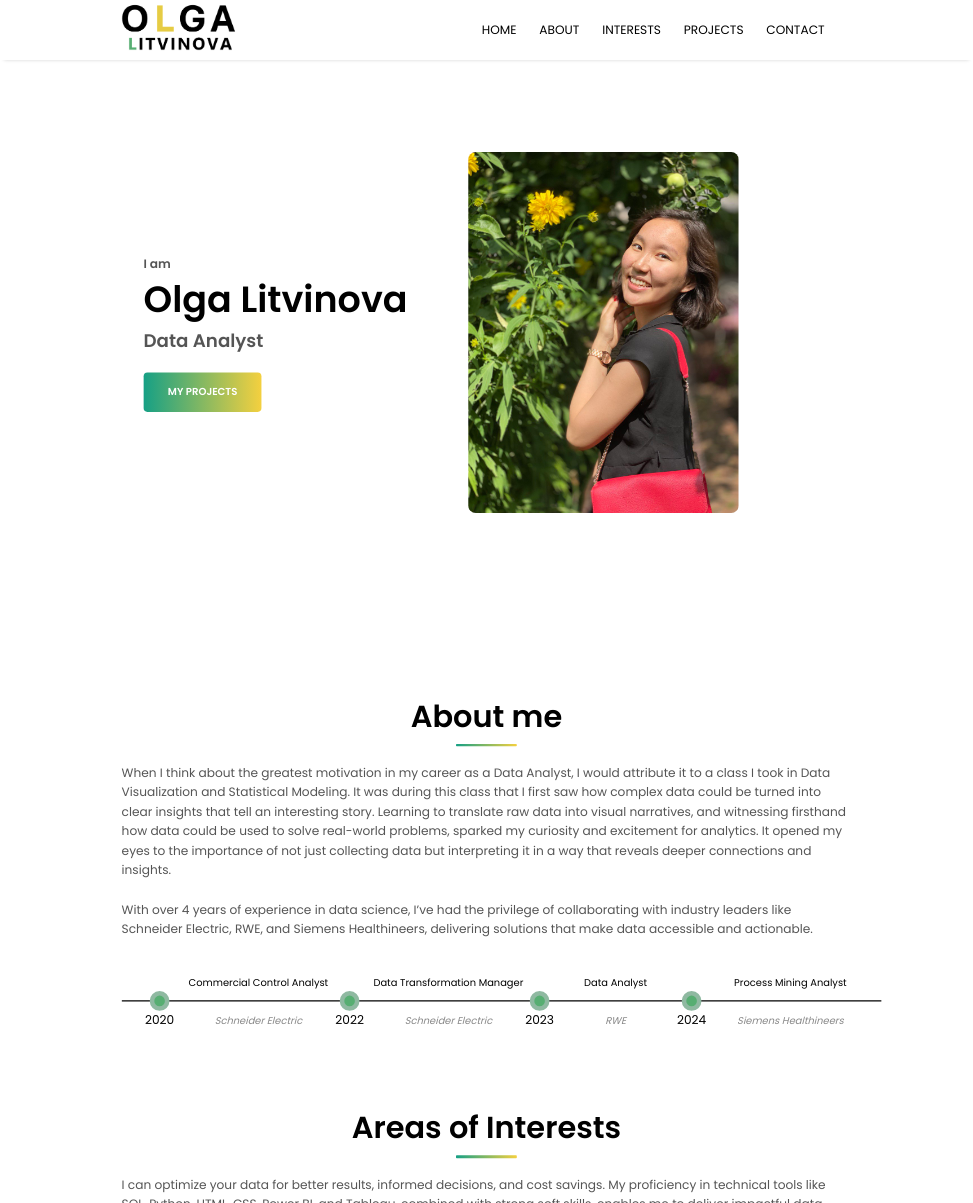
Repository: OlgaKuzminichna/CV
Page: index.html
The author's editor kept a copy of each file at every save. The page is drawn from the files as they stood at one save, then again after the next save.
The browser window is 1280 px wide. The pictures show the part of the page from y = 0 to 1583 px (the page is 4176 px tall before and 4124 px after), at 76% of full size.
A picture or video elsewhere on the page could not be fetched, so the positions and the page height are approximate.

Above is the page before, as saved 2024-11-24 22:07:56.

### index.html
<!DOCTYPE html>
<html lang="en">
<head>
    <meta charset="UTF-8">
    <meta name="viewport" content="width=device-width, initial-scale=1.0">
    <title>Olga Litvinova | Data Analyst</title>
    <link rel="stylesheet" href="style.css">
    <link rel="icon" href="./images/logo2.png" type="image/x-icon">
    <script type="text/javascript" src="https://cdn.jsdelivr.net/npm/@emailjs/browser@3/dist/email.min.js"></script>
</head>
<body>
    <header>
        <nav id="navigation">
            <div class="site-header">
                <div class="site-logo">
                    <img src="./images/logo.png" alt="Olga Litvinova">
                </div>
                <ul class="link-list">
                    <li><a href="#home">HOME</a></li>
                    <li><a href="#about">ABOUT</a></li>
                    <li><a href="#skills">INTERESTS</a></li>
                    <li><a href="#projects">PROJECTS</a></li>
                    <li><a href="#contact">CONTACT</a></li>
                    <!-- <li><a href="#resume">RESUME</a></li> -->
                </ul>
            </div>
        </nav>
        <nav id="responsive-nav">
            <div class="site-header">
                <div class="site-logo">
                    <img src="./images/logo.png" alt="Olga Litvinova">
                </div>
                <div class="hamburger-menu">
                    <div class="icon-toggle" onclick="toggleMenu()">
                        <span></span>
                        <span></span>
                        <span></span>
                    </div>
                    <div class="dropdown-links">
                        <li><a href="#home" onclick="toggleMenu()">HOME</a></li>
                        <li><a href="#about" onclick="toggleMenu()">ABOUT</a></li>
                        <li><a href="#skills" onclick="toggleMenu()">INTERESTS</a></li>
                        <li><a href="#projects" onclick="toggleMenu()">PROJECTS</a></li>
                        <li><a href="#contact" onclick="toggleMenu()">CONTACT</a></li>
                        <!-- <li><a href="#resume" onclick="toggleMenu()">RESUME</a></li> -->
                    </div>
                </div>
            </div>
        </nav>
    </header>

    <main>
        <section id="home">
            <div class="intro-left">
                <p class="intro-text2">I am</p>
                <h1 class="primary-title">Olga Litvinova</h1>
                <p class="intro-role">Data Analyst </p>
                <div class="button-group">
                    <button class="main-btn" onclick="location.href='./index.html#projects'">
                        MY PROJECTS
                    </button>
                </div>
            </div>
            <div class="intro-right">
                <img src="./images/Litvinova.jpg" alt="Olga Litvinova Picture" />
            </div>
        </section>
        <section id="about">
            <h1 class="secondary-title">About me</h1>
            <div class="description-container">
                <p>
                    When I think about the greatest motivation in my career as a Data Analyst, I would attribute it to a class I took in Data Visualization and Statistical Modeling. It was during this class that I first saw how complex data could be turned into clear insights that tell an interesting story. Learning to translate raw data into visual narratives, and witnessing firsthand how data could be used to solve real-world problems, sparked my curiosity and excitement for analytics. It opened my eyes to the importance of not just collecting data but interpreting it in a way that reveals deeper connections and insights.
                </p>
                <p>
                    <br>
                    With over 4 years of experience in data science, I’ve had the privilege of collaborating with industry leaders like Schneider Electric, RWE, and Siemens Healthineers, delivering solutions that make data accessible and actionable.
                </p>

            </div>

            <div class="timeline">
                <svg width="1000" height="100">
                    <!-- Line -->
                    <line x1="0" y1="50" x2="1000" y2="50" style="stroke:black; stroke-width:1.5"></line>
                    <!-- 2020 Event -->
                    <circle cx="50" cy="50" r="10" stroke="#8fb9a1" stroke-width="6" fill="rgb(87, 174, 114)"></circle>
                    <text text-anchor="middle" x="50" y="80" fill="black">2020</text>
                    <text style="font-size:13" text-anchor="middle" x="180" y="30" fill="black">Commercial Control Analyst</text>
                    <text style="font-size:13; font-style: italic" text-anchor="middle" x="180" y="80" fill="#888888">Schneider Electric</text>


                    <circle cx="300" cy="50" r="10" stroke="#8fb9a1" stroke-width="6" fill="rgb(87, 174, 114)"></circle>
                    <text text-anchor="middle" x="300" y="80" fill="black">2022</text>
                    <text style="font-size:13" text-anchor="middle" x="430" y="30" fill="black">Data Transformation Manager</text>
                    <text style="font-size:13; font-style: italic" text-anchor="middle" x="430" y="80" fill="#888888">Schneider Electric</text>

                    <circle cx="550" cy="50" r="10" stroke="#8fb9a1" stroke-width="6" fill="rgb(87, 174, 114)"></circle>
                    <text text-anchor="middle" x="550" y="80" fill="black">2023</text>
                    <text style="font-size:13" text-anchor="middle" x="650" y="30" fill="black">Data Analyst</text>
                    <text style="font-size:13; font-style: italic" text-anchor="middle" x="650" y="80" fill="#888888">RWE</text>

                    <circle cx="750" cy="50" r="10" stroke="#8fb9a1" stroke-width="6" fill="rgb(87, 174, 114)"></circle>
                    <text text-anchor="middle" x="750" y="80" fill="black">2024</text>
                    <text style="font-size:13" text-anchor="middle" x="880" y="30" fill="black">Process Mining Analyst</text>
                    <text style="font-size:13; font-style: italic" text-anchor="middle" x="880" y="80" fill="#888888">Siemens Healthineers</text>
                </svg>
            </div>
        </section>


        <section id="skills">
            <h1 class="secondary-title">Areas of Interests</h1>
            <div class="description-container">
                <p>I can optimize your data for better results, informed decisions, and cost savings. My proficiency in technical tools like SQL, Python, HTML, CSS, Power BI, and Tableau, combined with strong soft skills, enables me to deliver impactful data solutions.</p>
            </div>
            <div class="skill-article-group">
                <article class="skill-card">
                    <img src="./images/data-analysis.png" alt="Data Analysis Icon" class="icon"/>
                    <div>
                        <h3>Data Analysis</h3>
                        <p>Uncover hidden insights and patterns within your data to identify trends, anomalies, and opportunities for data-driven decision-making.</p>
                    </div>
                </article>
                <article class="skill-card">
                    <img src="./images/data-analytics.png" alt="Data Analytics Icon" class="icon"/>
                    <div>
                        <h3>Data Analytics</h3>
                        <p>Harness the power of advanced analytics, including predictive models and machine learning solutions to forecast outcomes, optimize processes, and gain a competitive edge.</p>
                    </div>
                </article>
                <article class="skill-card">
                    <img src="./images/data-visualization.png" alt="Data Visualization Icon" class="icon"/>
                    <div>
                        <h3>Data Visualization</h3>
                        <p>Transform complex data into clear and compelling visual narratives. Create custom dashboards and reports for enhanced data communication and understanding.</p>
                    </div>
                </article>
                <article class="skill-card">
                    <img src="./images/technical-writing.png" alt="Technical Writing Icon" class="icon"/>
                    <div>
                        <h3>Technical Writing</h3>
                        <p>Translate intricate technical concepts into clear and concise documentation. From reports to comprehensive materials, I ensure your data projects are well-documented and readily accessible.</p>
                    </div>
                </article>
                <article class="skill-card">
                    <img src="./images/front-end-web-development.png" alt="Front End Web Development Icon" class="icon"/>
                    <div>
                        <h3>Web Development</h3>
                        <p>Craft intuitive web interfaces that deliver information in an accessible format. Design and build data-driven web solutions that seamlessly blend functionality and aesthetics.</p>
                    </div>
                </article>
                <article class="skill-card">
                    <img src="./images/collaboration.png" alt="Collaboration Icon" class="icon"/>
                    <div>
                        <h3>Collaboration</h3>
                        <p>Collaborate seamlessly with your team to integrate data solutions into your business processes. Whether it's short-term projects or ongoing data-driven initiatives, I'm here to support your success.</p>
                    </div>
                </article>
            </div>
        </section>
        <section id="projects">
            <h1 class="secondary-title">Projects</h1>
            <div class="project-group">
                <div class="project-detail-card">
                    <img src="./images/cyclistic.png" class="project-image"/>
                    <h2 class="project-title">Cyclistic Bike-Share Analytics</h2>
                    <p>A comprehensive analysis of Cyclistic Bike-Share program, featuring Exploratory Data Analysis (EDA), A/B Testing, SARIMA Time Series Forecasting, and interactive Tableau dashboards to uncover user behavior, trends, and marketing strategies for growth.</p>
                    <div class="button-group">
                        <button class="main-btn project-btn"
                        onclick="location.href='https://medium.com/python-in-plain-english/revitalizing-cyclistic-bike-share-program-an-in-depth-data-exploration-556b52512bf8'">View Project</button>
                    </div>
                </div>
                <!-- Additional projects can go here, following the same structure -->
            </div>
        </section>

        <section id="contact">
            <h1 class="secondary-title">Contact Me</h1>

            <div class="social-media-buttons">
                <a href="https://github.com/OlgaKuzminichna" target="_blank" class="button github">
                    <img src="images/github.png" alt="GitHub Icon">
                    <span>GitHub</span>
                </a>
                <a href="https://public.tableau.com/app/profile/yourusername" target="_blank" class="button tableau">
                    <img src="images/tableau.svg" alt="Tableau Icon">
                    <span>Tableau</span>
                </a>
                <a href="https://www.linkedin.com/in/olga-l-7802b324b/" target="_blank" class="button linkedin">
                    <img src="images/linkedin.png" alt="LinkedIn Icon">
                    <span>LinkedIn</span>
                </a>
                <a href="mailto:litvinova2404@gmail.com" class="button email">
                    <img src="images/email.png" alt="Email Icon">
                    <span>Email</span>
                </a>
            </div>
            <form class="contact-form">
            <h2>Feel free to contact me for any question </h2>
            <div class="form-field">
                <label for="name">Name</label>
                <input type="text" id="name" placeholder="Enter your full name" required>
            </div>
            <div class="form-field">
                <label for="email">Email</label>
                <input type="email" id="email" placeholder="Enter your email" required>
            </div>
            <div class="form-field">
                <label for="message">Message</label>
                <textarea id="message" name="message" rows="5" required></textarea>
            </div>
            <button class="submit-btn form-field" onclick="sendMail()">Send Message</button>
            </form>

        </section>
        <footer>
            <p>Copyright &copy; Olga Litvinova 2024. All Rights Reserved.</p>
        </footer>
    </main>
    <script src="script.js"></script>
</body>
</html>

### style.css
@import url('https://fonts.googleapis.com/css2?family=Poppins:wght@300;400;500;600&display=swap');

* {
    margin: 0;
    padding: 0;
    box-sizing: border-box;
}

body {
    font-family: 'Poppins', sans-serif;
    margin: 0;
    padding: 0;
}

p {
    color: #555;
}

a, .btn {
    transition: color 0.5s ease, background-color 0.5s ease;
}

header {
    position: sticky;
    top: 0;
    background-color: white;
    padding: 0;
    z-index: 2;
}

.site-header {
    width: 100%;
    padding: 5px 0px;
    display: flex;
    align-items: center;
    justify-content: space-between;
    margin: 0 10rem;
}

nav {
    width: 100%;
    display: flex;
    align-items: center;
    box-shadow: 0 5px 5px -5px rgba(0,0,0,.2);
}

.link-list {
    list-style: none;
    display: flex;
    margin-right: 20px;
}

.link-list li {
    margin: 0 15px;
}

.site-logo img {
    max-width: 150px;
    height: auto;
}

a {
    color: black;
    text-decoration: none;
}

a:hover {
    color: rgb(87, 174, 114);
    text-decoration: underline;
    text-underline-offset: 1rem;
    text-decoration-color: rgb(87, 174, 114);
}

/* HAMBURGER MENU */

#responsive-nav {
    display: none;
}

.hamburger-menu {
    position: relative;
    display: inline-block;
}

.icon-toggle {
    display: flex;
    flex-direction: column;
    justify-content: space-between;
    height: 24px;
    width: 30px;
    cursor: pointer;
}

.icon-toggle span {
    width: 100%;
    height: 2px;
    background-color: black;
    transition: all 0.3 ease-in-out;
}

.dropdown-links {
    position: absolute;
    top: 100%;
    right: 0%;
    background-color: white;
    width: fit-content;
    max-height: 0;
    overflow: hidden;
    transition: all 0.3 ease-in-out;
}

.dropdown-links a {
    display: block;
    padding: 10px;
    text-align: center;
    font-size: 1.2rem;
    color: black;
    text-decoration: none;
    transition: all 0.3 ease-in-out;
}

.dropdown-links a:hover {
    color: rgb(87, 174, 114);
}

.dropdown-links li {
    list-style: none;
}

.dropdown-links.open {
    max-height: 300px;
}

.icon-toggle.open span:nth-child(1) {
    transform: rotate(45deg) translate(10px, 5px);
}

.icon-toggle.open span:nth-child(2) {
    opacity: 0;
}

.icon-toggle.open span:nth-child(3) {
    transform: rotate(-45deg) translate(10px, -5px);
}

.icon-toggle span:nth-child(1),
.icon-toggle span:nth-child(2),
.icon-toggle span:nth-child(3) {
    transform: none;
}

main {
    margin-top: 60px;
}

section {
    margin: 0 10rem;
    box-sizing: border-box;
    min-height: fit-content;
}

.section-container {
    display: flex;
}

/* HOME */

#home {
    display: flex;
    justify-content: center;
    align-items: center;
    gap: 5rem;
    height: 85vh;
}

.intro-right {
    display: flex;
    height: 475px;
    width: 475px;
    margin: auto 0;
}

.intro-right img {
    border-radius: 10px;
}

.intro-left {
    align-self: justify;
    text-align: justify;
}

.intro-left p {
    font-weight: 600;
}

.intro-text {
    text-align: center;
}

.intro-text2 {
    text-align: justify;
}

.intro-role {
    font-size: 1.5rem;
    margin-bottom: 1rem;
}

.primary-title {
    font-size: 3rem;
    text-align: center;
}

.button-group {
    margin-top: 1.5rem;
    text-align: justify;

}

.main-btn {
    background: linear-gradient(to right, #16A085 0%, #F4D03F  50%, #16A085  100%);
    background-size: 200% auto;
    font-family: 'Poppins', sans-serif;
    border: none;
    color: white;
    padding: 1rem 2rem;
    font-weight: 600;
    border-radius: 5px;
    cursor: pointer;
    transition: background-color 0.3s ease, transform 0.2s ease;
}


.main-btn:hover {
    background-position: right center;
    transition: 0.5s;
    color: #fff;
    text-decoration: none;
    transform: scale(1.05);
}

/* ABOUT */

#about {
    padding-top: 5rem ;
    text-align: center;
}

.secondary-title {
    font-size: 2.5rem;
    position: relative;
}

.secondary-title::after {
    content: "";
    position: absolute;
    bottom: -10px;
    left: 50%;
    transform: translateX(-50%);
    width: 80px;
    height: 3.5px;
    background: linear-gradient(to right, #16A085 0%, #F4D03F  100%, #16A085  100%);
    border-radius: 1px;
}

.description-container {
    margin: 2rem auto;
}

.description-container p {
    color: #555;
    line-height: 1.6;
    text-align: left;
}

/* TIMELINE */

.timeline {
    text-align: center;
    padding: 0px;
    flex: 0 0 100%;
    max-width: 90%;
}




/* SKILLS */

#skills {
    padding-top: 5rem ;
    text-align: center;
}

.skill-article-group {
    display: flex;
    flex-wrap: wrap;
    justify-content: space-around;
    gap: 2.5rem;
}

.skill-card {
    display: flex;
    flex-direction: column;
    align-items: center;
    max-width: 320px;
    text-align: center;
}

.skill-card .icon {
    cursor: pointer;
    height: 90px;
    margin-bottom: 1rem;
}

.skill-card h3 {
    font-size: 1.5rem;
    color: #333;
}

.skill-card p {
    color: #777;
    line-height: 1.5;
    text-align: justify;
}

/* PROJECTS */

#projects {
    padding-top: 5rem ;
    text-align: center;
}

.project-group {
    display: flex;
    flex-wrap: wrap;
    justify-content: space-around;
    gap: 3.5rem;
    margin-top: 2rem;
}

.project-detail-card {
    background-color: white;
    border: 1px solid #ddd;
    border-radius: 5px;
    padding: 1.5rem;
    max-width: 540px;
    text-align: left;
    box-shadow: 0px 0px 10px rgba(0, 0, 0, 0.1);
    transition: transform 0.2s ease-in-out;
}

.project-detail-card:hover {
    transform: scale(1.02);
    box-shadow: 0px 0px 15px rgba(0, 0, 0, 0.2);
}

.project-image {
    max-width: 100%;
    height: auto;
}



/* CONTACT */

#contact {
    padding-top: 5rem ;
    text-align: center;

    margin: 0 auto;
}

/* CONTACT - social media links*/

.social-media-buttons {
    display: flex;
    justify-content: center;
    margin: 2rem;
}

.social-media-buttons .button {
    display: flex;
    align-items: center;
    justify-content: center;
    padding: 10px 15px;
    margin:15px;
    border-radius: 5px;
    text-decoration: none;
    font-family: 'Poppins', sans-serif;
    font-weight: bold;
    color: #555;
    transition: background-color 0.3s;
    border: 1px solid #333;
}

.social-media-buttons .button img {
    width: 50px;
    max-height: 100px;
    margin-right: 8px;
}


.social-media-buttons .button:hover {
    background: linear-gradient(to right, #16A085 0%, #F4D03F  200%, #16A085  100%);
    transform: scale(1.05);
    color: #fff;
}


/* CONTACT - Form */
.form-field {
    margin-bottom: 1rem;
}

.contact-form h2 {
    font-size: 1.5rem;
    margin:2rem;
}

label {
    display: block;
    font-weight: 600;
    margin-bottom: 0.5rem;
    text-align: justify;
    max-width: 400px;
    margin: 0 auto;
}

.form-field input,
.form-field textarea {
    max-width: 400px;
    width: 100%;
    padding: 0.5rem;
    font-size: 1rem;
    border: 1px solid #ccc;
    border-radius: 5px;
}

textarea {
    resize: none;
}

.submit-btn {
    background: linear-gradient(to right, #16A085 0%, #F4D03F  51%, #16A085  100%);
    background-size: 200% auto;
    border: none;
    color: white;
    padding: 1rem 2rem;
    font-weight: 600;
    border-radius: 5px;
    cursor: pointer;
    transition: background-color 0.3s ease, transform 0.2s ease;
    font-family: 'Poppins', sans-serif;
    margin-bottom: 3rem;

}

.submit-btn:hover {
    background-color: #57AE72;
    transform: scale(1.05);

}


/* FOOTER */

footer {
    padding: 1rem 0;
    text-align: center;
    background-color: #F9F9F7;
}

footer p {
    margin: 0;
}

footer p::before {
    font-size: 1.2rem;
    margin-right: 0.5rem;
}

/* RESPONSIVE STYLES */

@media screen and (max-width: 1400px) {
    #home {
        height: 83vh;
        margin-bottom: 6rem;
    }
}

@media screen and (max-width: 1200px) {
    #navigation {
        display: none;
    }
    #responsive-nav {
        display: flex;
    }
    section, .section-container {
        height: fit-content;
    }
    section {
        margin: 0 5%;
    }
    .intro-right {
        width: 275px;
        height: 275px;
        margin: 0 auto 2rem;
    }
    .project-group {
        gap: 2rem;
    }
    footer {
        padding: 1rem 0;
    }
    footer p {
        font-size: 0.7rem;
    }
}

@media (max-width: 999px) {
    .timeline {
        display: none;
    }
}

@media screen and (max-width: 768px) {
    .site-header {
        padding: 15px 20px;
        justify-content: space-between;
    }
    .icon-toggle {
        width: 25px;
    }
    .site-logo img {
        max-width: 35px;
    }
    .primary-title, .secondary-title {
        font-size: 1.6rem;
    }
}

@media screen and (max-width: 600px) {
    main {
        margin-top: 40px;
    }
}

### script.js
function toggleMenu() {
    const menu = document.querySelector(".dropdown-links");
    const icon = document.querySelector(".icon-toggle");
    menu.classList.toggle("open");
    icon.classList.toggle("open");
}

function sendMail() {
    var params = {
        name: document.getElementById("name").value,
        email: document.getElementById("email").value,
        message: document.getElementById("message").value
    };

    emailjs
    .send("service_20pigze", "template_jm79tde", params)
    .then((res) => {
        document.getElementById("name").value = "";
        document.getElementById("email").value = "";
        document.getElementById("message").value = "";
        console.log(res);
        alert("Message sent successfully!");
    })
    .catch((err) => console.log(err));
}

After the next save:
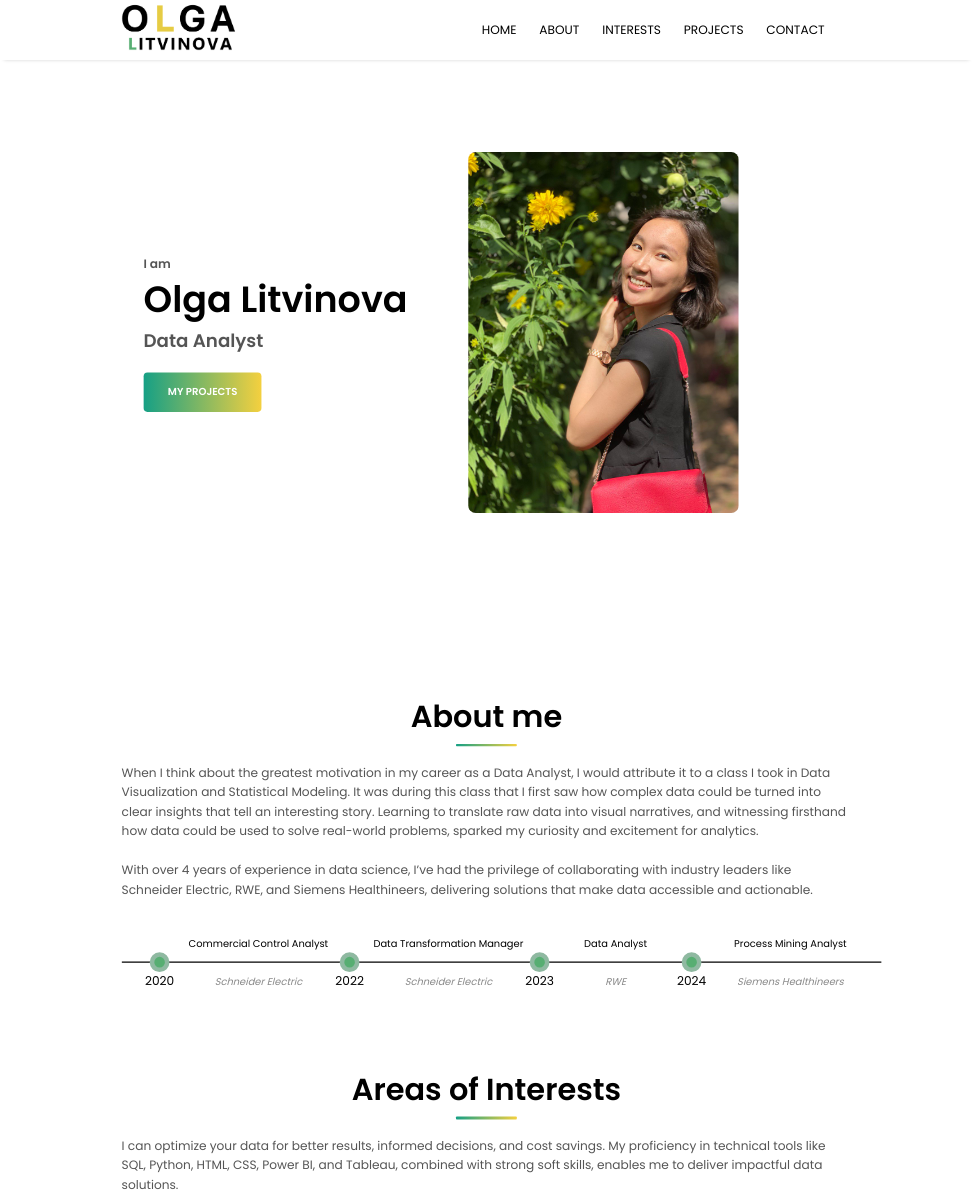
Saved 35 s later.
--- a/index.html
+++ b/index.html
@@ -69,7 +69,7 @@
             <h1 class="secondary-title">About me</h1>
             <div class="description-container">
                 <p>
-                    When I think about the greatest motivation in my career as a Data Analyst, I would attribute it to a class I took in Data Visualization and Statistical Modeling. It was during this class that I first saw how complex data could be turned into clear insights that tell an interesting story. Learning to translate raw data into visual narratives, and witnessing firsthand how data could be used to solve real-world problems, sparked my curiosity and excitement for analytics. It opened my eyes to the importance of not just collecting data but interpreting it in a way that reveals deeper connections and insights.
+                    When I think about the greatest motivation in my career as a Data Analyst, I would attribute it to a class I took in Data Visualization and Statistical Modeling. It was during this class that I first saw how complex data could be turned into clear insights that tell an interesting story. Learning to translate raw data into visual narratives, and witnessing firsthand how data could be used to solve real-world problems, sparked my curiosity and excitement for analytics.
                 </p>
                 <p>
                     <br>
